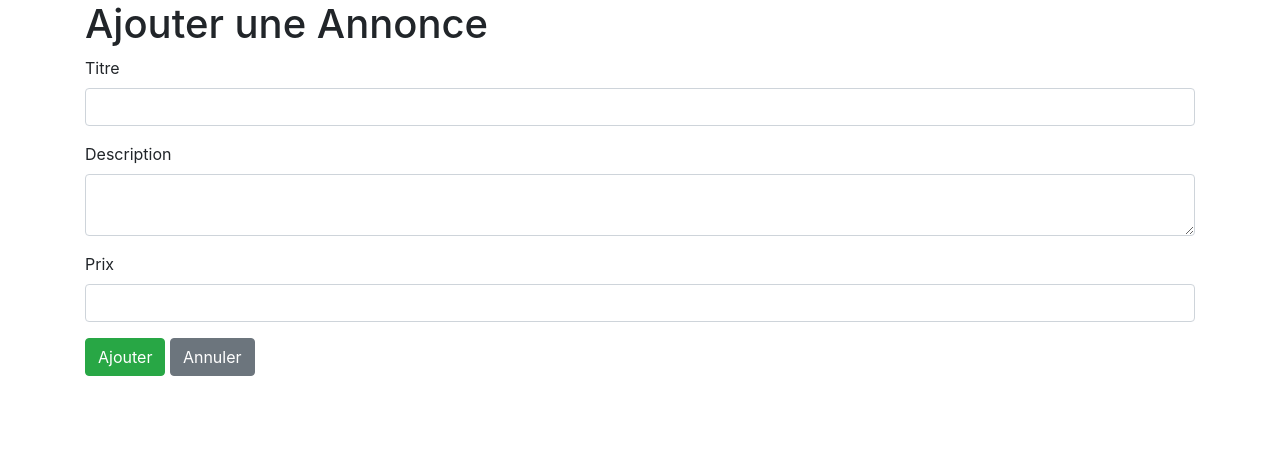
Repository: safa39652/immobili-re
Page: demo/src/main/resources/templates/admin/ajouter_annonce.html
These files come from the project's save history. The page is drawn as it stood at one moment and after the next save; the edit follows.
The browser window is 1280 px wide. The pictures show the whole page.

Above is the page before, as saved 2024-10-19 21:58:41.

After the next save:
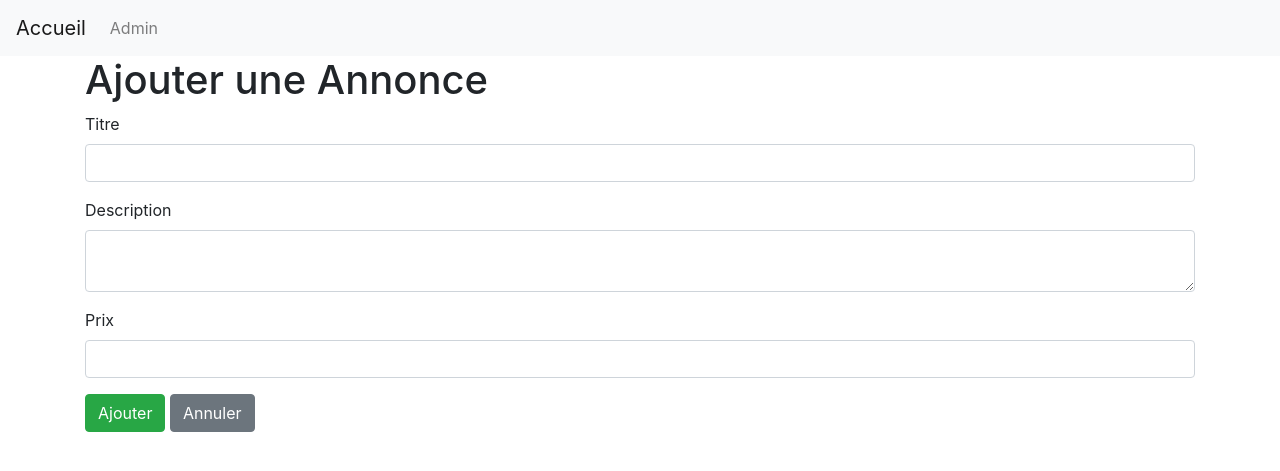
Saved 10 s later.
--- a/demo/src/main/resources/templates/admin/ajouter_annonce.html
+++ b/demo/src/main/resources/templates/admin/ajouter_annonce.html
@@ -6,6 +6,17 @@
     <link rel="stylesheet" href="https://stackpath.bootstrapcdn.com/bootstrap/4.5.2/css/bootstrap.min.css">
 </head>
 <body>
+    <nav class="navbar navbar-expand-lg navbar-light bg-light">
+        <a class="navbar-brand" href="/">Accueil</a>
+        <div class="collapse navbar-collapse">
+            <ul class="navbar-nav">
+                <li class="nav-item">
+                    <a class="nav-link" href="/admin/annonces">Admin</a>
+                </li>
+            </ul>
+        </div>
+    </nav>
+
     <div class="container">
         <h1>Ajouter une Annonce</h1>
         <form th:action="@{/admin/annonces/ajouter}" th:object="${annonce}" method="post">
